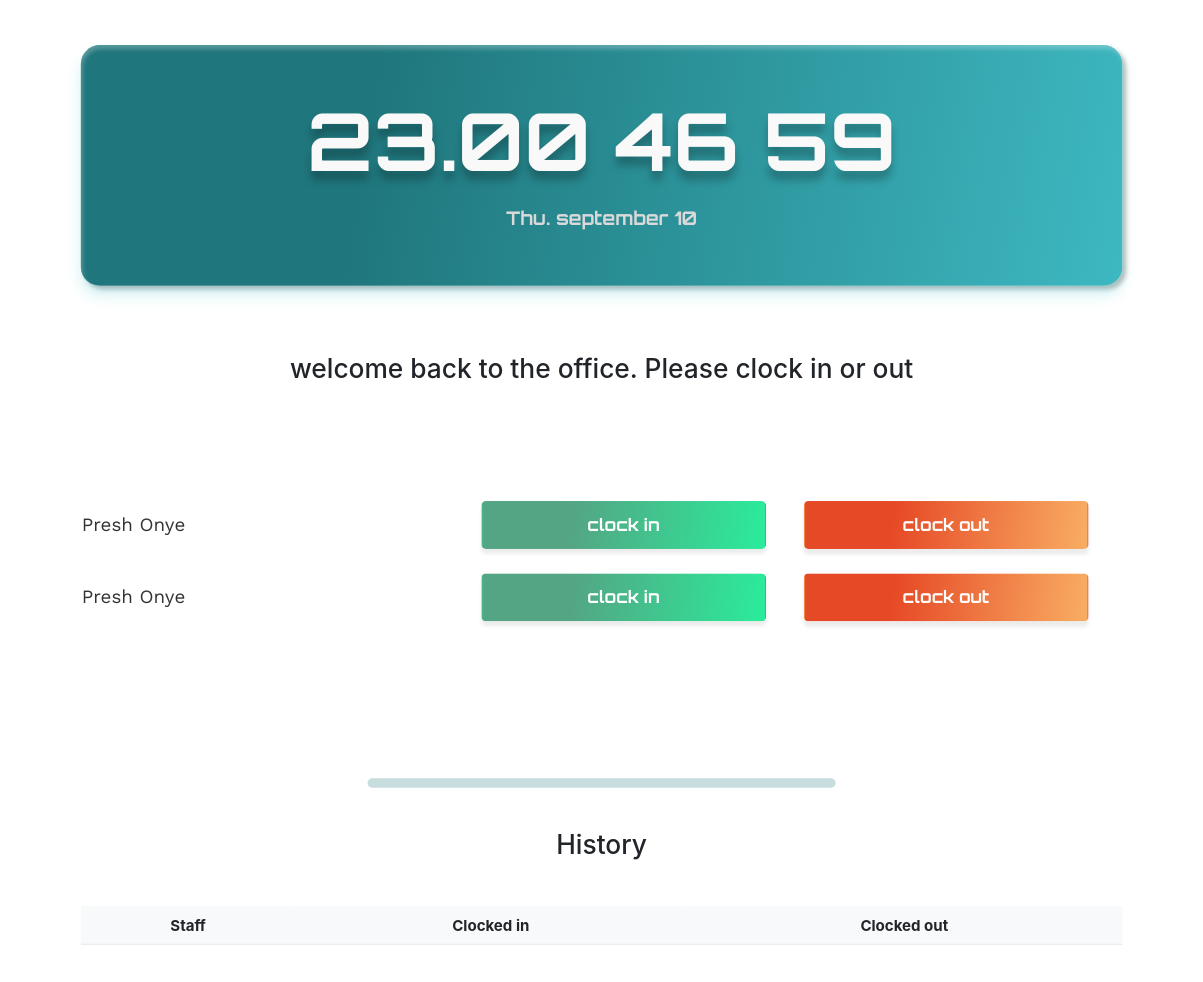
Repository: giprim/clocker
Page: /
The author's editor kept a copy of each file at every save. The page is drawn from the files as they stood at one save, then again after the next save.
The browser window is 1280 px wide. The pictures show the whole page, at 94% of full size.
The project was rebuilt for these pictures with package versions that can differ from the ones it lists, and the page was loaded fresh each time.

Above is the page before, as saved 2020-09-11 00:11:18.

### src/App.tsx
import React from 'react';
import './App.css';

function App() {
  const currentTime = () => {
    let date = new Date();

    return `${date
      .getHours()
      .toFixed(2)} ${date.getMinutes()} ${date.getSeconds()}`;
  };

  console.log(currentTime());

  return (
    <div className='container py-4'>
      {/* clock section */}
      <div className='clock-box effect p-2 py-md-5 mt-4'>
        <div className='row'>
          <div className='col-12'>
            <h4 className='display-3 text-center'>
              {currentTime().toString()}
            </h4>
          </div>
          <div className='col-12 text-center mt-2 mb-1'>
            <h6>Thu. september 10</h6>
          </div>
        </div>
      </div>

      {/* welcome  */}
      <p className='text-center my-5 py-4 h3'>
        welcome back to the office. Please clock in or out
      </p>

      <table>
        <thead>
          <tr>
            <th></th>
            <th></th>
            <th></th>
          </tr>
        </thead>
        <tbody>
          <tr>
            <td className='staff'>Presh Onye</td>
            <td className='row justify-content-evenly'>
              <button className='btn clockin col-5'> clock in</button>
              <button className='btn clockout col-5'> clock out</button>
            </td>
          </tr>
          <tr>
            <td className='staff'>Presh Onye</td>
            <td className='row justify-content-evenly'>
              <button className='btn clockin col-5'> clock in</button>
              <button className='btn clockout col-5'> clock out</button>
            </td>
          </tr>
        </tbody>
      </table>

      <hr />
      <h3 className='text-center mb-5'>History</h3>

      <table className='table text-center'>
        <thead className='table-light'>
          <tr>
            <th>Staff</th>
            <th>Clocked in</th>
            <th>Clocked out</th>
          </tr>
        </thead>
      </table>
    </div>
  );
}

export default App;

### src/App.css
@import url('https://fonts.googleapis.com/css2?family=Orbitron:wght@400;500;600;700;800;900&family=Work+Sans:ital,wght@0,100;0,200;0,400;0,600;0,700;1,500&display=swap');

.clock-box {
  background: linear-gradient(99.35deg, #1f767c 26.99%, #42c1ca 110.13%);
  box-shadow: 0px 10px 15px rgba(66, 193, 202, 0.23),
    4px 4px 5px rgba(0, 0, 0, 0.25), inset 2px 4px 5px rgba(255, 255, 255, 0.25);
  border-radius: 20px;
  position: relative;
  z-index: 10;
}

.clock-box h4 {
  font-family: Orbitron;
  font-style: normal;
  font-weight: bold;
  font-size: 85px;
  line-height: 107px;
  /* identical to box height */

  color: #f9f9f9;

  text-shadow: 0px 9px 9px rgba(0, 0, 0, 0.25);
}

.clock-box h6 {
  font-family: Orbitron;
  font-style: normal;
  font-weight: bold;
  font-size: 20px;
  line-height: 25px;
  /* identical to box height */

  color: #d9d9d9;
}

.clockout,
.clockin {
  font-family: Orbitron;
  font-style: normal;
  font-weight: bold;
  font-size: 18px;
  line-height: 23px;
  /* identical to box height */
  padding-top: 13px;
  padding-bottom: 13px;
  color: #ffffff;
  transition: ease-in 0.13s;
}

/* table.table {
  border: none;
} */

.clockin:hover,
.clockout:hover {
  color: white;
  transform: translateY(-5px);
}

.clockin {
  background: linear-gradient(97.12deg, #54a583 31.21%, #21fca1 115.81%);
  box-shadow: 0px 5px 4px rgba(128, 128, 128, 0.15);
  border-radius: 5px;
}

.clockout {
  background: linear-gradient(
    97.12deg,
    #e64926 31.21%,
    rgba(252, 176, 63, 0.74) 115.81%
  );
  box-shadow: 0px 6px 4px rgba(128, 128, 128, 0.15);
  border-radius: 5px;
}

table {
  width: 100%;
}

th,
td {
  padding-top: 25px;
}

hr {
  border-radius: 15px;
  margin: 4% auto;
  margin-top: 15%;
  width: 45%;
  padding: 5px;
  background: #20777c;
}

.staff {
  font-family: Work Sans;
  font-style: normal;
  font-weight: 500;
  font-size: 20px;
  line-height: 23px;

  color: #333333;
}

Loaded but not shown: public/index.html (common file); src/index.tsx (common file); src/index.css (common file); src/serviceWorker.ts (common file)

After the next save:
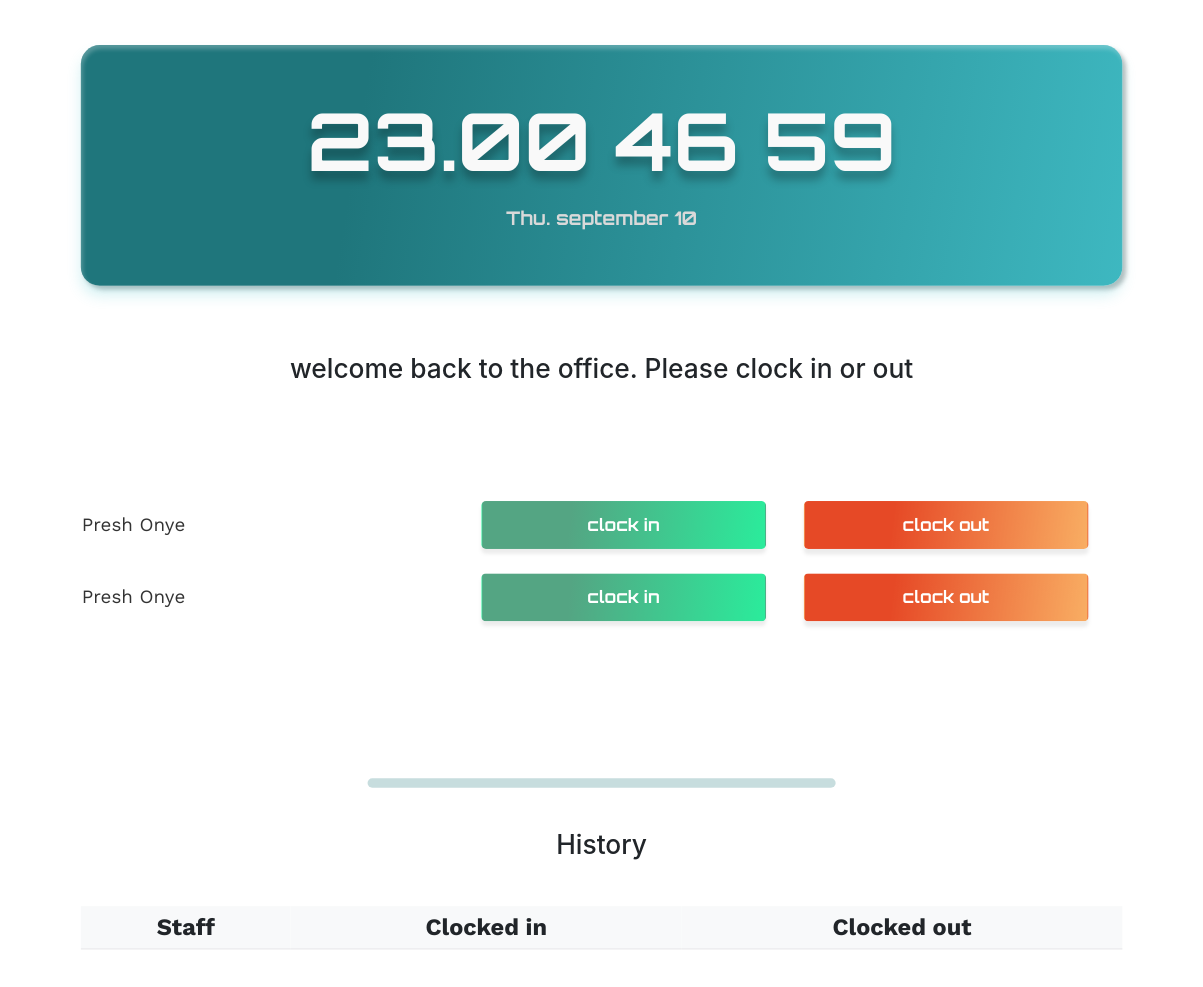
Saved 76 s later.
--- a/src/App.css
+++ b/src/App.css
@@ -100,3 +100,11 @@ hr {
 
   color: #333333;
 }
+
+th {
+  font-family: Work Sans;
+  font-style: normal;
+  font-weight: 900;
+  font-size: 25px;
+  line-height: 29px;
+}
